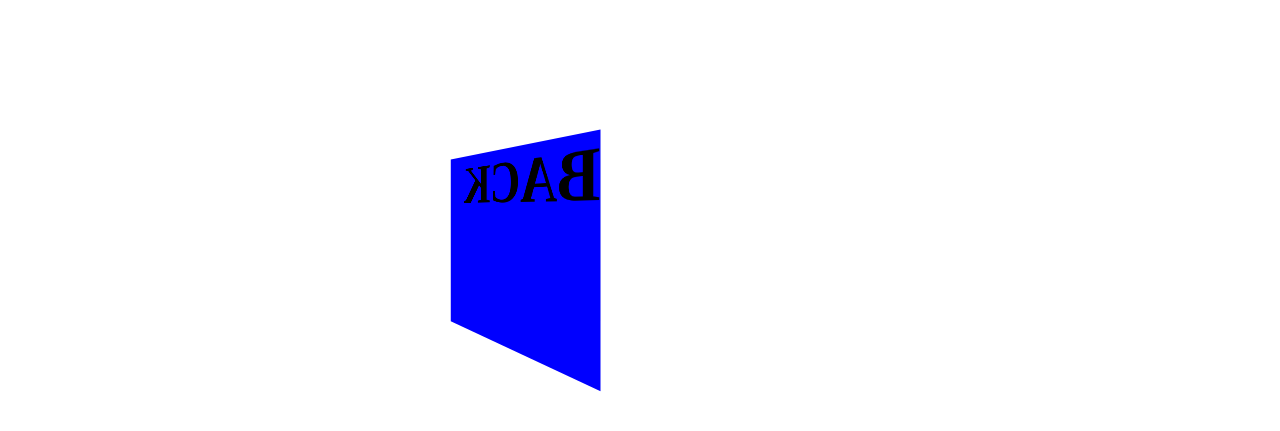
Repository: b1996om/HTML-CSS_study
Page: pro08/public/backface-visibility.html
These files come from the project's save history. The page is drawn as it stood at one moment and after the next save; the edit follows.
The browser window is 1280 px wide. The pictures show the whole page.

Above is the page before, as saved 2022-12-08 07:36:00.

### pro08/public/backface-visibility.html
<!DOCTYPE html>
<html lang="ko">
<head>
	<meta charset="utf-8">
	<title>Perspective</title>
	<style>
		h1 {
			font-size:60px;
		}
		div {
			width:200px;
			height:200px;
		}
		.con {
			border:1x solid black;
			perspective:300px;
			margin-top:100px;
			margin-left:100px;
			float:left;
		}
		.box {
			background:blue;
			transform:rotateY(135deg);
		}
		#back1 {
			backface-visibility:hidden;
		}
		#back2 {
			backface-visibility:visible;
		}
	</style>
</head>
<body>
	<div class="con">
		<div class="box" id="back1">
			<h1>BACK</h1>
		</div>
	</div>
	<div class="con">
		<div class="box" id="back2">
			<h1>BACK</h1>
		</div>
	</div>
</body>
</html>

After the next save:
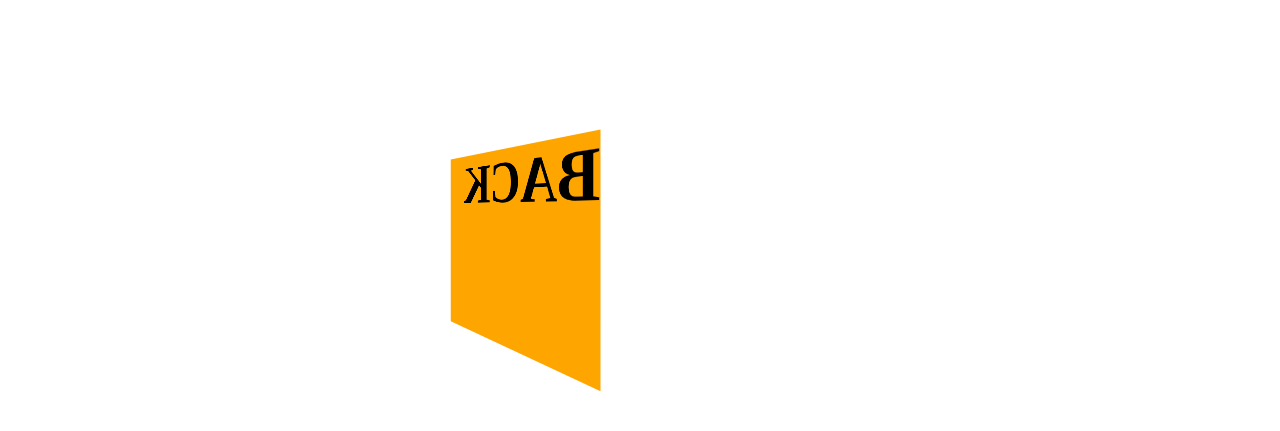
Saved 19 s later.
--- a/pro08/public/backface-visibility.html
+++ b/pro08/public/backface-visibility.html
@@ -19,7 +19,7 @@
 			float:left;
 		}
 		.box {
-			background:blue;
+			background:orange;
 			transform:rotateY(135deg);
 		}
 		#back1 {
